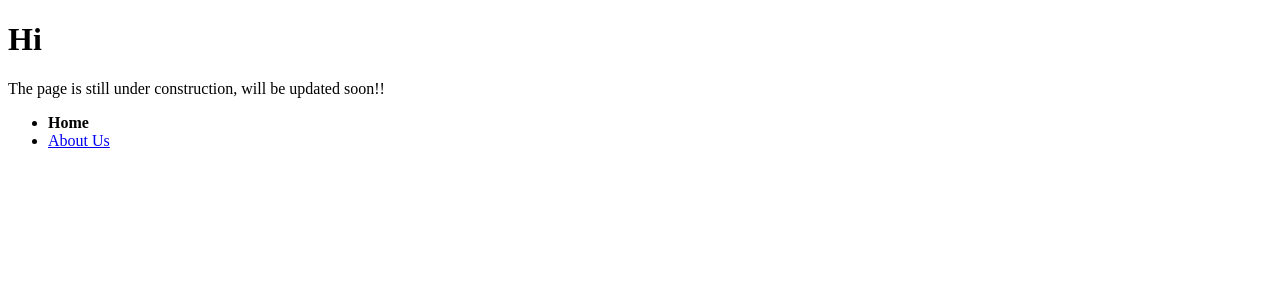
Repository: eazzzon/eazzzon.github.io
Page: index.html
The author's editor kept a copy of each file at every save. The page is drawn from the files as they stood at one save, then again after the next save.
The browser window is 1280 px wide. The pictures show the whole page.

Above is the page before, as saved 2021-05-29 23:10:15.

After the next save:
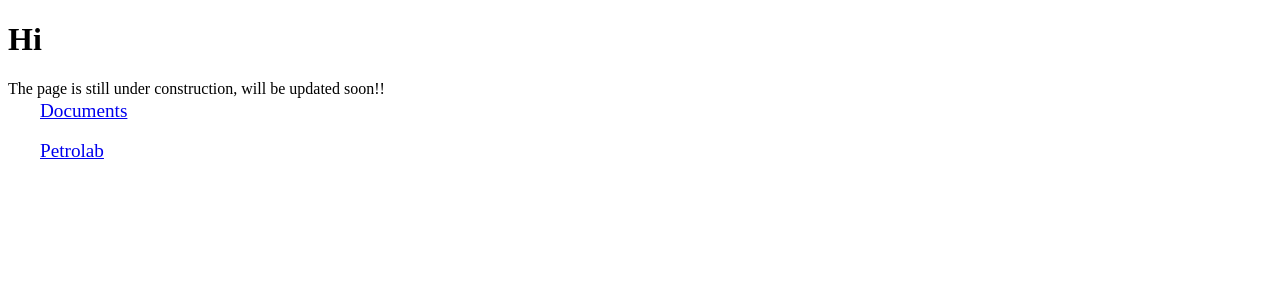
Saved 5 min 29 s later.
--- a/index.html
+++ b/index.html
@@ -3,11 +3,16 @@
 <body>
 <h1>Hi</h1>
 <p>The page is still under construction, will be updated soon!!</p>
-<nav>
-    <ul>
-      <li><strong>Home</strong></li>
-      <li><a href="about.html">About Us</a></li>
-    </ul>
-  </nav>
+<nav class="sidenav" style="position:absolute; top:100px; left:40px">
+    <div class=”row” >
+      <a class="text-muted" style="font-size: 120%" href="about.html">Documents</a>
+    </div>
+    <br />
+    <div>
+      <a class="text-muted" style="font-size: 120%" href="https://ees.kuleuven.be/project/petrolab/">Petrolab</a>
+    </div>
+</nav>
+
+
 </body>
 </html>
